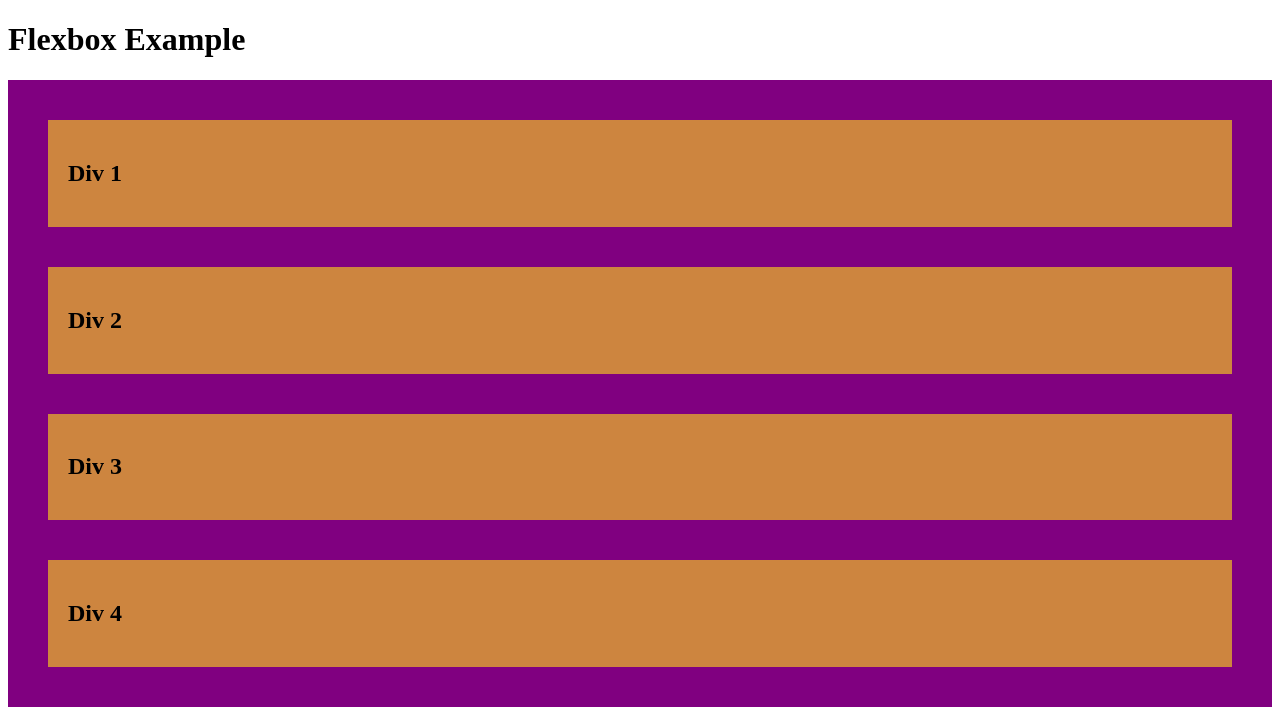
Repository: devashrisamani/website_shecodes_week1
Page: flexbox.html
The author's editor kept a copy of each file at every save. The page is drawn from the files as they stood at one save, then again after the next save.
The browser window is 1280 px wide. The pictures show the whole page.

Above is the page before, as saved 2025-09-20 12:34:55.

After the next save:
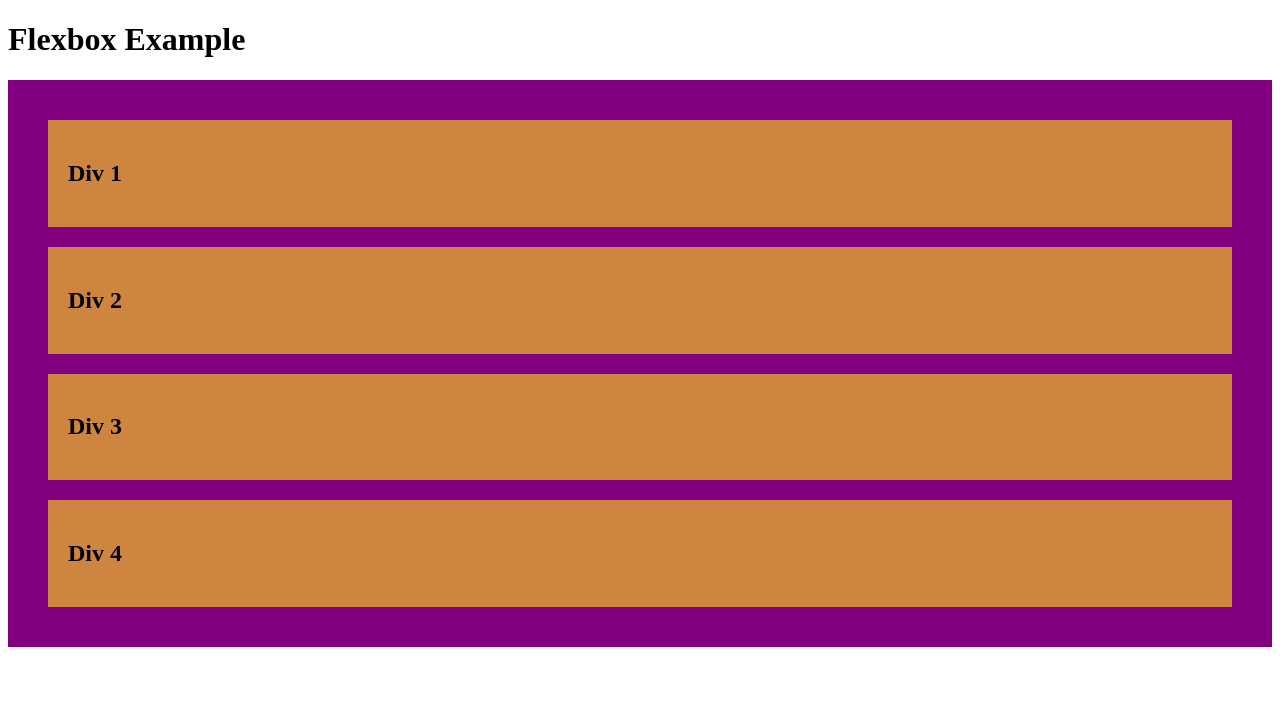
Saved 2 min 46 s later.
--- a/flex_styles.css
+++ b/flex_styles.css
@@ -3,8 +3,8 @@
   background-color: purple;
   padding: 20px;
   min-height: 500px;
-  display: flex;
-  flex-direction: column;
+  /* display: flex;
+  flex-direction: column; */
 }
 .box {
   background-color: peru;
